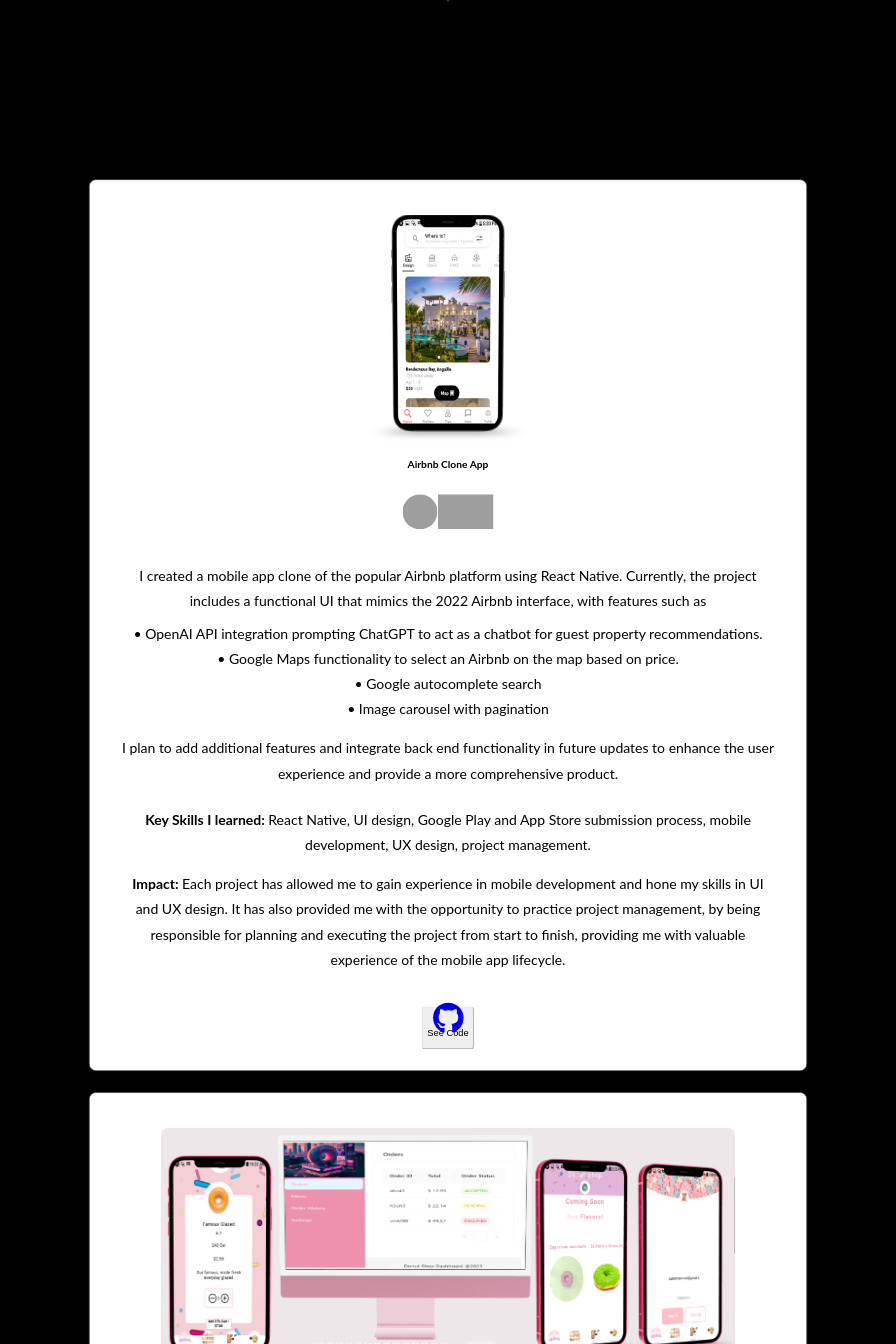
Repository: JamesPesenti/portfolio
Page: /
These files come from the project's save history. The page is drawn as it stood at one moment and after the next save; the edit follows.
The browser window is 1280 px wide. The pictures show the part of the page from y = 1273 to 3193 px (the page is 6929 px tall), at 70% of full size.
Pictures or frames that could not be fetched are drawn as grey boxes. The project was rebuilt for these pictures with package versions that can differ from the ones it lists, and the page was loaded fresh each time. Imported but missing from the stored project, and not drawn on this page: src/Components/James Pesenti Resume 2023.pdf.

Above is the page before, as saved 2023-05-29 08:39:54.

### public/index.html
<!DOCTYPE html>
<html lang="en">
  <head>
    <meta charset="utf-8" />
    <link rel="" href="" />
    <meta name="viewport" content="width=device-width, initial-scale=1" />
    <meta name="theme-color" content="#000000" />
    <meta name="description" content="James Pesenti Portfolio 2022" />
    <link rel="apple-touch-icon" href="" />
    <link rel="manifest" href="%PUBLIC_URL%/manifest.json" />

    <title>Portfolio 2023</title>

  </head>
  <body>
    <div id="root"></div>
  </body>
</html>

### src/Components/AboutMe.jsx
import React from 'react'
import { FontAwesomeIcon } from '@fortawesome/react-fontawesome'
import { FaGithub } from "react-icons/fa";
import { FaMapPin } from "react-icons/fa";

const AboutMe = () => {
  return (
    <>

        <div style={{justifyContent: "center", textAlign: "center", color: "white", padding: 50,}}>
            {/* Spinning image  */}
            {/* <img style={{padding: 10, borderRadius: "50%", width: 200, height: 200,}} src="/images/IMG_1619.jpg" className="App-logo" alt="logo" /> */}
            <img style={{padding: 10, borderRadius: "50%", width: 200, height: 200,}} src="/images/IMG_1619.jpg" alt="logo" />
            <h1>I'm James Pesenti</h1>
            <h2>a Software Developer building mobile apps and websites</h2>
              <FaMapPin size={20} style={{position: "relative", top: 5, right: 65, }} />
              <h3 style={{marginTop: -24}}> Chicago, IL</h3>
        </div>

</>
  )
}

export default AboutMe

### src/Components/Scroll.jsx
import React from 'react'
import '../CSS/App.css';


const Scroll = () => {

  return (
    <>

        <div style={{marginBottom: 400, justifyContnent: 'center'}} id="section09" class="demo">
          <a href="#parallaxContainer">
            <span></span>
            Scroll down to see my work
          </a>
        </div>

    </>
  )
}

export default Scroll

### src/Components/MyProjects.jsx
import UberGoogleButton from "../Components/UberGoogleButton"
import AstonGoogleButton from "./AstonGoogleButton"
import AstonAppleButton from "./AstonAppleButton"
import BarceGoogleButton from "../Components/BarceGoogleButton"
import BarceAppleButton from "./BarceAppleButton"
import { FaGithub } from "react-icons/fa";

const MyProjects = () => {
  return (

  <>
    <div id="parallaxContainer">

    {/* Airbnb Clone */}
    <div style={{ justifyContent: 'center', alignItems: 'center',  width: "80%", borderRadius: 10}} className="box">
            <div>
                <img style={{ borderRadius: 10, marginTop: 50, marginBottom: -35, width: "48%", height: 350, transition: ".7s", }} src="images/mockrocket-capture (11).png" />
            </div>
            <h4 style={{textAlign: 'center'}}>Airbnb Clone App</h4>
                <div style={{flexDirection: "row", padding: 10, borderRadius: 10, marginBottom: -40,}}>
                  <img style={{width: 50, height: 50, borderRadius: 50}} src="https://i.pinimg.com/originals/8a/02/1a/8a021aa097236b42dd71fb731e3d894d.gif"/>
                  <img style={{width: 80, height: 50, }} src="https://www.datocms-assets.com/45470/1631026680-logo-react-native.png"  />
                  {/* <img style={{width: 50, height: 50, }} src="https://pbs.twimg.com/profile_images/1114309924551417856/FKA4cm2x_400x400.png"  /> */}
                </div>
           <div>
            <p style={{fontSize: 20, textAlign: 'center', padding: 50, marginBottom: -60}}>I created a mobile app clone of the popular Airbnb platform using React Native. Currently, the project includes a functional UI that mimics the 2022 Airbnb interface, with features such as</p>
            <p style={{fontSize: 20, paddingHorizontal: 0, marginBottom: -20}}> &#8226; OpenAI API integration prompting ChatGPT to act as a chatbot for guest property recommendations.</p>
            <p style={{fontSize: 20, paddingHorizontal: 0, marginBottom: -20}}> &#8226; Google Maps functionality to select an Airbnb on the map based on price.</p>
            <p style={{fontSize: 20, padding: 0, marginBottom: -20}}>&#8226; Google autocomplete search</p>
            <p style={{fontSize: 20,  padding: 0, marginBottom: -40}}>&#8226; Image carousel with pagination</p>
            <p style={{fontSize: 20, textAlign: 'center', padding: 40, marginBottom: -60}}>I plan to add additional features and integrate back end functionality in future updates to enhance the user experience and provide a more comprehensive product.</p>
            <p style={{fontSize: 20, textAlign: 'center', padding: 30, marginBottom: -80}}><b> Key Skills I learned: </b>React Native, UI design, Google Play and App Store submission process, mobile development, UX design, project management.</p>
            <p style={{fontSize: 20, textAlign: 'center', padding: 50}}><b> Impact: </b> Each project has allowed me to gain experience in mobile development and hone my skills in UI and UX design. It has also provided me with the opportunity to practice project management, by being responsible for planning and executing the project from start to finish, providing me with valuable experience of the mobile app lifecycle.</p>
           </div>

            <div style={{flexDirection: "row"}}>
                {/* <UberGoogleButton  /> */}
                <button style={{marginTop: 10}} type="button" className="codeButton">
                  <a href="https://github.com/JamesPesenti/Airbnb" target="_blank" rel="noopener noreferrer">
                    <FaGithub  size={45} style={{ marginTop: -80, marginBottom: -25, justifyContent: "center", textAlign: "center"}} />
                  </a>
                  <p>See Code</p>
                </button>
                {/* <AstonAppleButton  /> */}
            </div>

        </div>


     {/* Donut Shop App */}
     <div style={{marginTop: 30, marginBottom: 20, justifyContent: 'center', alignItems: 'center',  width: "80%", borderRadius: 10}} className="box">
            <div>
                <img style={{ borderRadius: 10, marginTop: 50, width: "80%", height: 350, transition: ".7s", }} src="/images/appAndDashMock.png" />
            </div>
            <h4 style={{textAlign: 'center'}}>Donut Shop App & Dashboard</h4>
                <div style={{flexDirection: "row", padding: 10, borderRadius: 10, marginBottom: -40,}}>
                  <img style={{width: 50, height: 50, borderRadius: 50}} src="https://i.pinimg.com/originals/8a/02/1a/8a021aa097236b42dd71fb731e3d894d.gif"/>
                  <img style={{width: 80, height: 50, }} src="https://www.datocms-assets.com/45470/1631026680-logo-react-native.png"  />
                  <img style={{width: 50, height: 50, }} src="https://pbs.twimg.com/profile_images/1114309924551417856/FKA4cm2x_400x400.png"  />
                </div>
            <p style={{fontSize: 20,textAlign: 'center', padding: 50}}>I built this full stack Donut Shop e-commerce app along with an integratable React.js dashboard for the donut shop to receive a user's order from the app in real time. Users can check out new menu items, order donuts to pick up in store, and sign up for donut rewards.</p>

            <div style={{flexDirection: "row"}}>
                <UberGoogleButton  />
                <button style={{marginTop: 40}} type="button" className="codeButton">
                  <a href="https://github.com/JamesPesenti/Donut_Shop" target="_blank" rel="noopener noreferrer">
                    <FaGithub  size={45} style={{ marginTop: -80, marginBottom: -25, justifyContent: "center", textAlign: "center"}} />
                  </a>
                  <p>See Code</p>
                </button>
                <AstonAppleButton  />
            </div>

        </div>


    {/* Uber Eats App */}
    <div style={{marginTop: 80, marginBottom: 60, justifyContent: 'center', alignItems: 'center',  width: "80%", borderRadius: 10}} className="box">
            <div className="imgWrapper" style={{width: 480, height: 350}}>
                <img style={{ borderRadius: 5, marginTop: 50, width: "100%", height: 300, transition: ".7s", }} src="/images/UberEatsLast.png" />
            </div>
            <h4 style={{textAlign: 'center'}}>Uber Eats Clone App</h4>
                <div style={{flexDirection: "row", padding: 10, borderRadius: 10, marginBottom: -40,}}>
                  <img style={{width: 50, height: 50, borderRadius: 50}} src="https://i.pinimg.com/originals/8a/02/1a/8a021aa097236b42dd71fb731e3d894d.gif"/>
                  <img style={{width: 80, height: 50, }} src="https://www.datocms-assets.com/45470/1631026680-logo-react-native.png"  />
                  <img style={{width: 50, height: 50, }} src="https://pbs.twimg.com/profile_images/1114309924551417856/FKA4cm2x_400x400.png" />
                </div>
            <p style={{fontSize: 20,textAlign: 'center', padding: 50}}>A full stack React Native app inspired by the UberEats user app. I utilized AWS Amplify's datastore to configure the back end to query and save customer's orders and used Amazon Cognito for user registration, authentication, & account recovery.</p>

            <div style={{flexDirection: "row"}}>
                <UberGoogleButton  />
                <button style={{marginTop: 40}} type="button" className="codeButton">
                  <a href="https://github.com/JamesPesenti/UberEatsClone" target="_blank" rel="noopener noreferrer">
                    <FaGithub  size={45} style={{ marginTop: -80, marginBottom: -20, justifyContent: "center", textAlign: "center"}} />
                  </a>
                  <p>See Code</p>
                </button>
                <AstonAppleButton  />
            </div>

        </div>


     {/* Aston Waikiki App */}
       <div style={{marginTop: 80, marginBottom: 120, justifyContent: 'center', alignItems: 'center',  width: "80%", borderRadius: 10}} className="box">
            <div className="imgWrapper" style={{width: 450, height: 350}}>
                <img style={{ marginTop: 50, width: "100%", height: "auto", transition: ".7s", }} src="/images/astonmock.png" />
            </div>
            <h4 style={{textAlign: 'center'}}>Aston Waikiki Hotel UI</h4>
                <div style={{flexDirection: "row", padding: 10, borderRadius: 10, marginBottom: -40,}}>
                  <img style={{width: 50, height: 50, borderRadius: 50}} src="https://i.pinimg.com/originals/8a/02/1a/8a021aa097236b42dd71fb731e3d894d.gif"/>
                  <img style={{width: 80, height: 50, }} src="https://www.datocms-assets.com/45470/1631026680-logo-react-native.png"  />
                </div>
            <p style={{fontSize: 20,textAlign: 'center', padding: 50}}>A React Native UI design I created to reimagine the hotel Aston Waikiki Beach's website into a cross platform mobile app. I used most of the content and images from the current website and utilized both Bottom Tabs, Drawer navigation and other React Native libraries for a better user experience.</p>

            <div style={{flexDirection: "row"}}>
                <AstonGoogleButton  />
                <button style={{marginTop: 40}} type="button" className="codeButton">
                        <a href="https://github.com/JamesPesenti/AstonWaikikiBeachApp" target="_blank" rel="noopener noreferrer">
                            <FaGithub  size={45} style={{ marginTop: -80, marginBottom: -20, justifyContent: "center", textAlign: "center"}} />
                        </a>
                        <p>See Code</p>
                </button>
                <AstonAppleButton  />
            </div>

        </div>


    {/* Barcelona App */}
       <div style={{marginTop: 20, marginBottom: 120, justifyContent: 'center', alignItems: 'center',  width: "80%", borderRadius: 10}} className="box">
            <div className="imgWrapper" style={{width: 650, height: 300}}>
                <img style={{ marginTop: 30, width: "100%", height: 250, transition: ".7s", }} src="/images/barcelonamockup.png" />
            </div>
            <h4 style={{textAlign: 'center'}}>Barcelona Tourist App</h4>
                <div style={{flexDirection: "row", padding: 10, borderRadius: 10, marginBottom: -20,}}>
                <img style={{width: 80, height: 50,}} src="https://www.datocms-assets.com/45470/1631026680-logo-react-native.png"  />
                <img style={{width: 50, height: 50, borderRadius: 50}} src="https://i.pinimg.com/originals/8a/02/1a/8a021aa097236b42dd71fb731e3d894d.gif"/>
                </div>
            <p style={{fontSize: 20, textAlign: 'center', padding: 50}}>I created this React Native app for visitors of Barcelona Spain to save pictures and locations of their favorite places. I used pop-up modals for users to quickly get information on popular sights and used geolocation with google maps so users can save their location and select it on the map.</p>

            <div style={{flexDirection: "row"}}>
               <BarceAppleButton  />
                <button style={{marginTop: 40}} type="button" className="codeButton">
                        <a href="https://github.com/JamesPesenti/BarcelonaApp" target="_blank" rel="noopener noreferrer">
                            <FaGithub  size={45} style={{ marginTop: -80, marginBottom: -20, justifyContent: "center", textAlign: "center"}} />
                        </a>
                        <p>See Code</p>
                </button>
                <BarceGoogleButton  />
            </div>

        </div>

    {/* IAR React App */}
        {/* <div style={{marginBottom: 0, justifyContent: 'center', alignItems: 'center',  width: "80%", borderRadius: 10}} className="box">
            <img style={{ width: 600, height: 350, borderRadius: 10, borderWidth: 2, borderColor: "green"}} src="/images/innermock.png" />
            <h4 style={{textAlign: 'center'}}>Inner Aura Readings Website</h4>
            <div style={{flexDirection: "row", padding: 10, borderRadius: 10}}>
                <img src="https://www.logo.wine/a/logo/React_(web_framework)/React_(web_framework)-Logo.wine.svg" style={{width: 100, height: 50,}} />
                <img className="logoBox" src="https://cdn.pixabay.com/photo/2017/08/05/11/16/logo-2582747_1280.png" style={{width: 50, height: 50,}} />
            </div>
            <p style={{fontSize: 20, textAlign: 'center', padding: 50}}>This was the first official React.js web app that I developed. I made it for a friend who wanted to reach more customers with a mobile friendly website. I made multiple iterations and converted it into a PWA for offline operability with native like performance. </p>
            <button style={{marginTop: 0}} type="button" className="codeButton">
                        <a href="https://github.com/JamesPesenti/InnerAuraReadings2022" target="_blank" rel="noopener noreferrer">
                            <FaGithub  size={45} style={{ marginTop: -80, marginBottom: -20, justifyContent: "center", textAlign: "center"}} />
                        </a>
                        <p>See Code</p>
            </button>

        </div> */}


{/* REapp */}
        {/* <div style={{marginBottom: 100, justifyContent: 'center', alignItems: 'center',  width: "80%", borderRadius: 10,}} className="box">
        <img style={{marginTop: 50, width: 800, height: 350, borderRadius: 10, borderWidth: 2, borderColor: "green"}} src="/images/remockup.png" />
            <h4 style={{textAlign: 'center'}}>Real Estate Listing Website </h4>
            <div style={{flexDirection: "row", padding: 10, borderRadius: 10}}>
                <img src="https://www.logo.wine/a/logo/React_(web_framework)/React_(web_framework)-Logo.wine.svg" style={{width: 100, height: 50,}} />
                <img src="https://img.icons8.com/color/480/cloud-firestore.png" style={{width: 50, height: 50,}} />
                <img src="https://raw.githubusercontent.com/JamesPesenti/RealEstateApp/16b046b3d34b4a26468627e906dc503be8911b73/src/assets/svg/googleIcon.svg" style={{marginBottom: 8, width: 100, height: 30,}} />
            </div>
            <p style={{fontSize: 20, textAlign: 'center', padding: 50}}>Real Estate listing website built with React, FireStore database and Google OAuth to sign in with a google account. You can search listings for rent/sale and login to your account to create a listing and save offers. Inspiration and back-end code taken from Brad Traversey's React course I took on Udemy.</p>
            <button style={{marginTop: 40}} type="button" className="codeButton">
                        <a href="https://github.com/JamesPesenti/RealEstateApp" target="_blank" rel="noopener noreferrer">
                            <FaGithub  size={45} style={{ marginTop: -80, marginBottom: -20, justifyContent: "center", textAlign: "center"}} />
                        </a>
                        <p>See Code</p>
            </button>
        </div> */}

    </div>


    </>
  )
}

export default MyProjects

### src/Components/UberGoogleButton.jsx
import React from 'react'


const UberGoogleButton = () => {
  return (
    <>
    <button type="button" style={{marginRight: 40, borderWidth: .1, borderColor: '#efefef', borderRadius: 5}}>
        <a href="https://expo.dev/accounts/jimpesenti/projects/UberEats/builds/b9dfcb73-dd37-4009-b5f9-7d24a72b937d">
            <img style={{width: 100, height: 50, borderRadius: 0}} src="https://logos-world.net/wp-content/uploads/2020/12/Google-Play-Logo-500x281.png"/>
        </a>
    </button>
    </>
  )
}

export default UberGoogleButton

### src/Components/AstonGoogleButton.jsx
import React from 'react'


const AstonGoogleButton = () => {
  return (
    <>
    <button type="button" style={{marginRight: 40, borderWidth: .1, borderColor: '#efefef', borderRadius: 5}}>
        <a href="https://play.google.com/store/apps/details?id=com.jamespesenti91.astonwaikikibeach">
            <img style={{width: 100, height: 50, borderRadius: 0}} src="https://logos-world.net/wp-content/uploads/2020/12/Google-Play-Logo-500x281.png"/>
        </a>
    </button>
    </>
  )
}

export default AstonGoogleButton

### src/Components/AstonAppleButton.jsx
import React from 'react'

const AstonAppleButton = () => {
  return (
    <>
    <button type="submit" style={{marginLeft: 30, borderWidth: 0,}}  >
        <a href="">
            <img style={{width: 120, height: 50, borderRadius: 0}} src="https://images.squarespace-cdn.com/content/v1/5b549a7f3c3a53487c250f58/1597439116255-P7ME5MNOIWQLJS1X4CPP/Apple+App+Store+Logo+Button.png"/>
        </a>
    </button>
    </>
  )
}

export default AstonAppleButton

### src/Components/BarceGoogleButton.jsx
import React from 'react'


const BarceGoogleButton = () => {
  return (
    <>
    <button type="button" style={{marginLeft: 30, borderWidth: .1, borderColor: '#efefef', borderRadius: 5}}>
        <a href="https://play.google.com/store/apps/details?id=com.jamespesenti91.VisitBarcelona">
            <img style={{width: 100, height: 50, borderRadius: 0}} src="https://logos-world.net/wp-content/uploads/2020/12/Google-Play-Logo-500x281.png" alt="barceButton"/>
        </a>
    </button>
    </>
  )
}

export default BarceGoogleButton

### src/Components/BarceAppleButton.jsx
import React from 'react'

const BarceAppleButton = () => {
  return (
    <>
    <button type="submit" style={{marginRight: 30, borderWidth: 0,}}  >
        <a href="">
            <img style={{width: 120, height: 50, borderRadius: 0}} src="https://images.squarespace-cdn.com/content/v1/5b549a7f3c3a53487c250f58/1597439116255-P7ME5MNOIWQLJS1X4CPP/Apple+App+Store+Logo+Button.png"/>
        </a>
    </button>
    </>
  )
}

export default BarceAppleButton

Loaded but not shown: src/index.js (common file); src/reportWebVitals.js (common file); src/serviceWorkerRegistration.js (137 lines, source omitted); src/App.js (33 lines, source omitted); src/CSS/App.css (351 lines, source omitted); src/CSS/index.css (197 lines, source omitted); src/Components/Navbar.jsx (44 lines, source omitted)

After the next save:
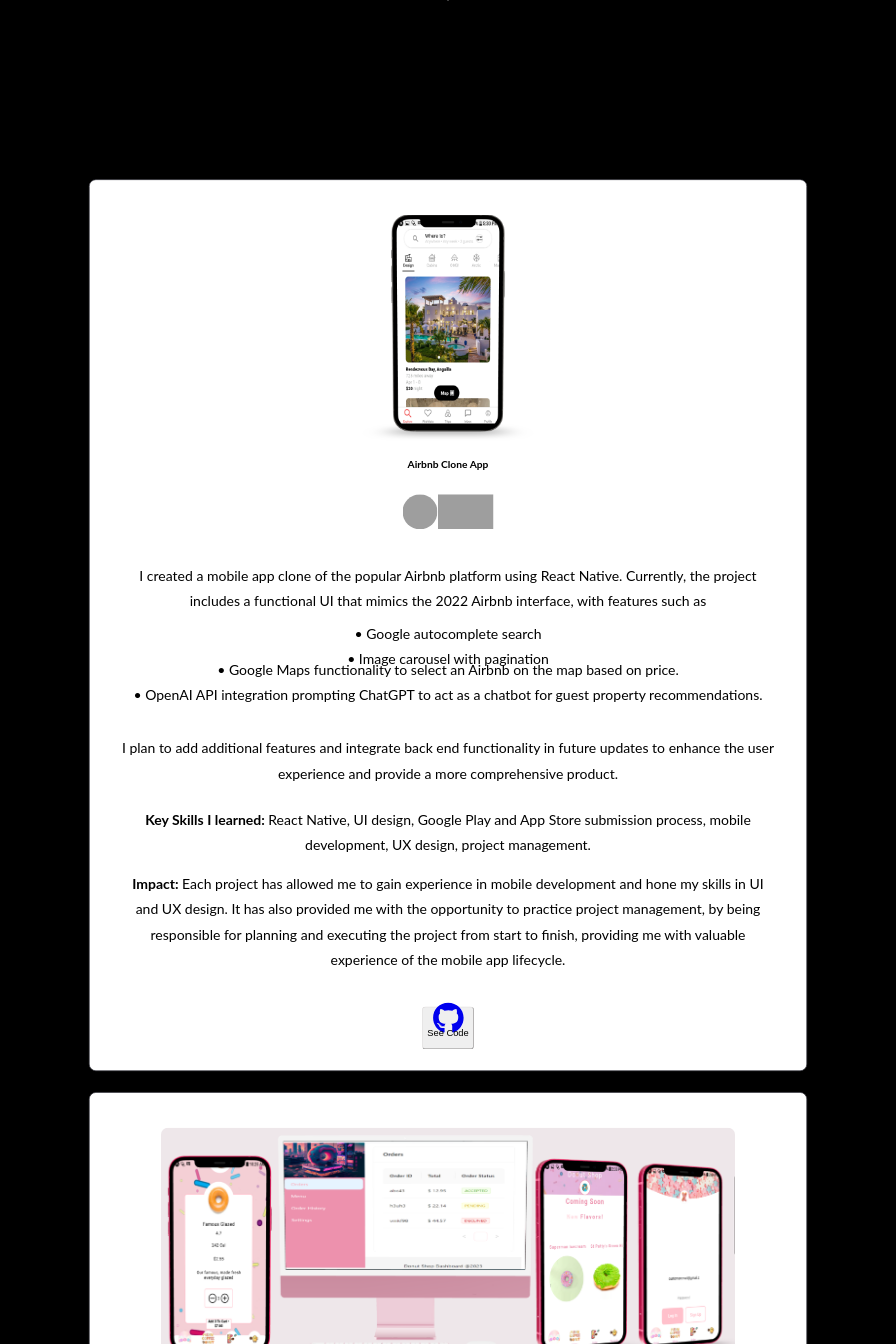
Saved 39 s later.
--- a/src/Components/MyProjects.jsx
+++ b/src/Components/MyProjects.jsx
@@ -24,10 +24,11 @@
                 </div>
            <div>
             <p style={{fontSize: 20, textAlign: 'center', padding: 50, marginBottom: -60}}>I created a mobile app clone of the popular Airbnb platform using React Native. Currently, the project includes a functional UI that mimics the 2022 Airbnb interface, with features such as</p>
-            <p style={{fontSize: 20, paddingHorizontal: 0, marginBottom: -20}}> &#8226; OpenAI API integration prompting ChatGPT to act as a chatbot for guest property recommendations.</p>
-            <p style={{fontSize: 20, paddingHorizontal: 0, marginBottom: -20}}> &#8226; Google Maps functionality to select an Airbnb on the map based on price.</p>
             <p style={{fontSize: 20, padding: 0, marginBottom: -20}}>&#8226; Google autocomplete search</p>
             <p style={{fontSize: 20,  padding: 0, marginBottom: -40}}>&#8226; Image carousel with pagination</p>
+            <p style={{fontSize: 20, paddingHorizontal: 0, marginBottom: -20}}> &#8226; Google Maps functionality to select an Airbnb on the map based on price.</p>
+            <p style={{fontSize: 20, paddingHorizontal: 0, marginBottom: -20}}> &#8226; OpenAI API integration prompting ChatGPT to act as a chatbot for guest property recommendations.</p>
+
             <p style={{fontSize: 20, textAlign: 'center', padding: 40, marginBottom: -60}}>I plan to add additional features and integrate back end functionality in future updates to enhance the user experience and provide a more comprehensive product.</p>
             <p style={{fontSize: 20, textAlign: 'center', padding: 30, marginBottom: -80}}><b> Key Skills I learned: </b>React Native, UI design, Google Play and App Store submission process, mobile development, UX design, project management.</p>
             <p style={{fontSize: 20, textAlign: 'center', padding: 50}}><b> Impact: </b> Each project has allowed me to gain experience in mobile development and hone my skills in UI and UX design. It has also provided me with the opportunity to practice project management, by being responsible for planning and executing the project from start to finish, providing me with valuable experience of the mobile app lifecycle.</p>
